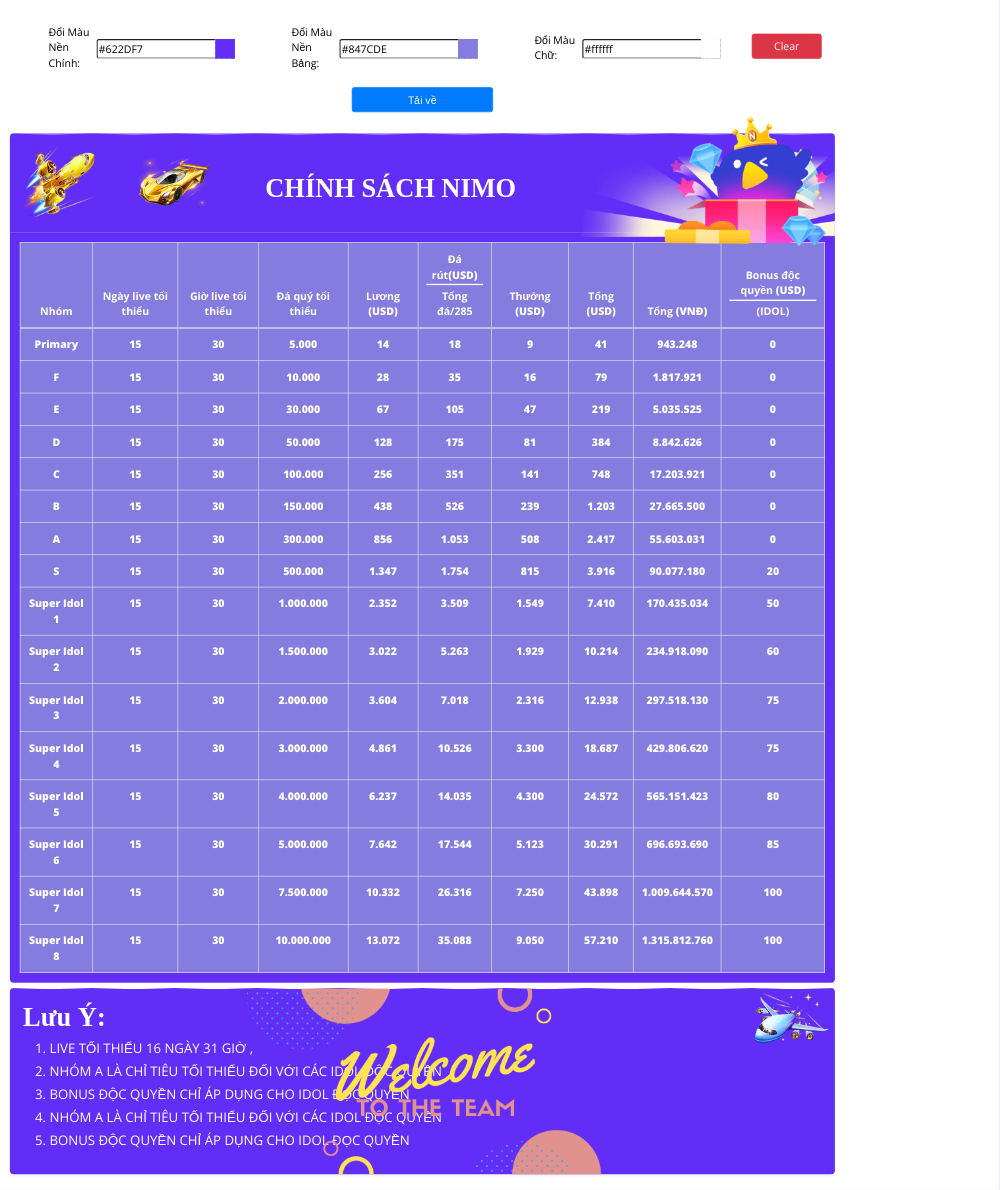
Repository: dav1601/nimo-work
Page: http://localhost/
These files come from the project's save history. The page is drawn as it stood at one moment and after the next save; the edit follows.
The browser window is 1280 px wide. The page is 1515 px wide, so the pictures cover 1515 px, including what lies to the right of the window. The pictures show the whole page, at 66% of full size.
The page is run by PHP 8.4 with error messages shown; the project is at /var/www/html/.

Above is the page before, as saved 2022-04-15 21:23:14.

After the next save:
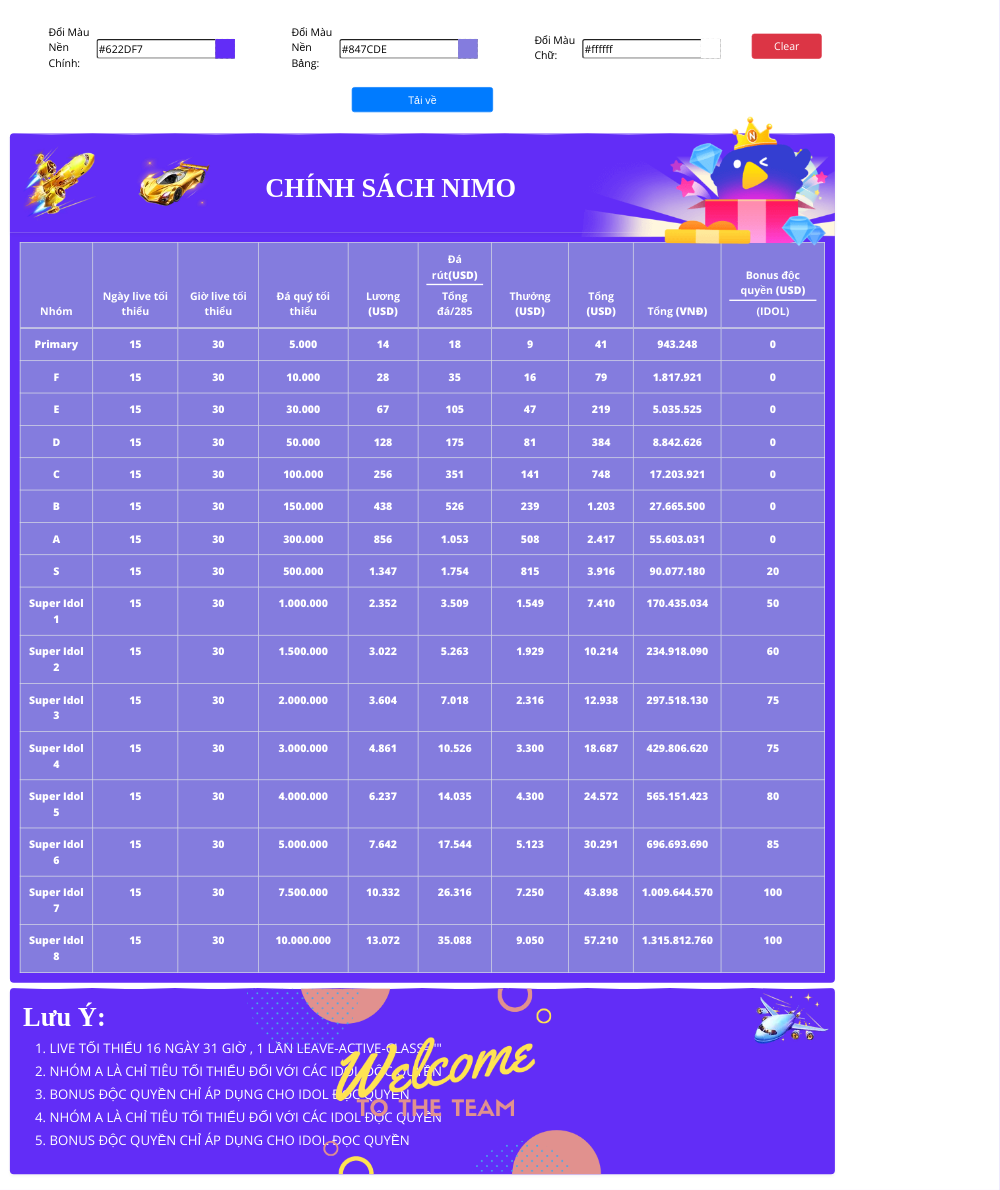
Saved 5 s later.
--- a/index.php
+++ b/index.php
@@ -564,7 +564,7 @@
                 </div>
                 <h1>Lưu Ý:</h1>
                 <ol>
-                    <li>live tối thiểu 16 ngày 31 giờ ,</li>
+                    <li>live tối thiểu 16 ngày 31 giờ , 1 lần leave-active-class=""</li>
                     <li>Nhóm A là chỉ tiêu tối thiểu đối với các idol độc quyền</li>
                     <li>Bonus độc quyền chỉ áp dụng cho idol đọc quyền</li>
                     <li>Nhóm A là chỉ tiêu tối thiểu đối với các idol độc quyền</li>
